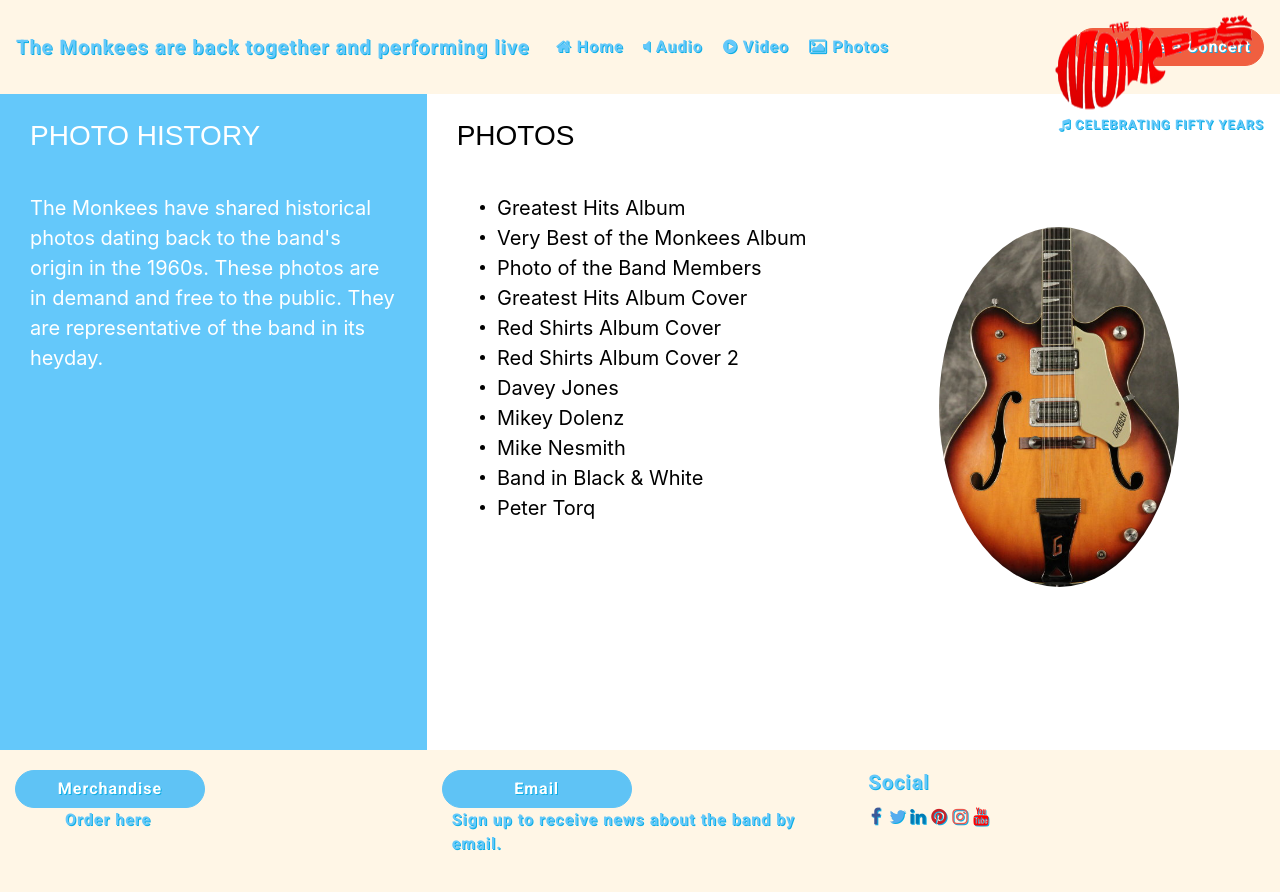
Repository: Code-Institute-Submissions/wpelizzoni-Milestone-Project-1
Page: photos.html
The author's editor kept a record of every edit. The page is drawn from the files as they stood at one moment, then again after the next edit.
The browser window is 1280 px wide. The pictures show the whole page.

Above is the page before.

After the next edit:
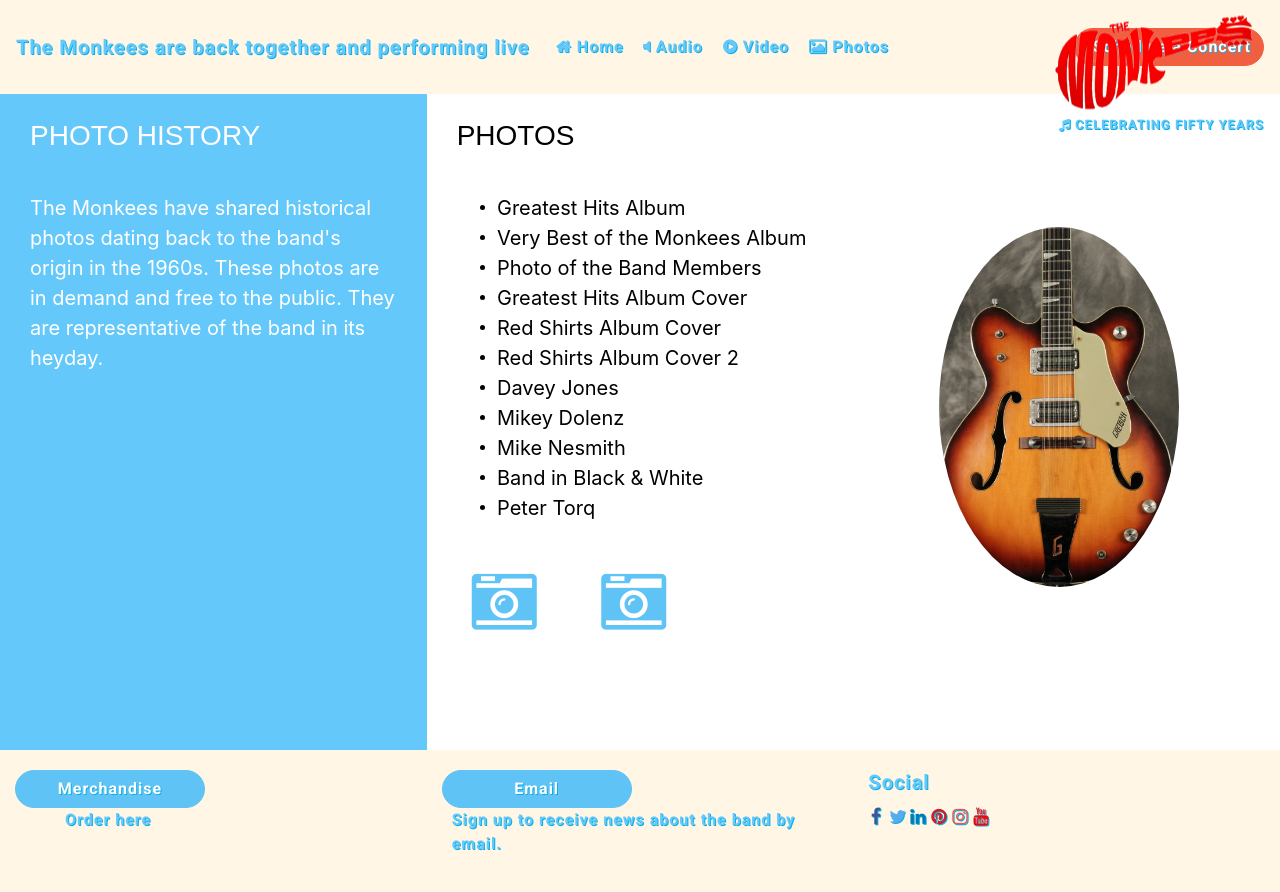
The edit:
--- a/photos.html
+++ b/photos.html
@@ -126,6 +126,16 @@
                             <i class="fa fa-camera-retro " style="font-size: 65px; padding: 30px; color: #5fc3f5 " aria-hidden="true "></i>
                             <i class="fa fa-camera-retro " style="font-size: 65px; padding: 30px; color: #5fc3f5 " aria-hidden="true "></i>
                         </div>
+
+                         <div class="d-block d-sm-none section-color-blue">
+                            <hr class="block-divider block-divider--medium block-divider--blue">
+
+                        </div>
+
+                        <div class="row d-none d-md-block">
+                            <i class="fa fa-camera-retro" style="font-size: 65px; padding: 30px; color: #5fc3f5" aria-hidden="true "></i>
+                            <i class="fa fa-camera-retro" style="font-size: 65px; padding: 30px; color: #5fc3f5" aria-hidden="true "></i>
+                        </div>
                     </div>
                 </div>
             </div>
